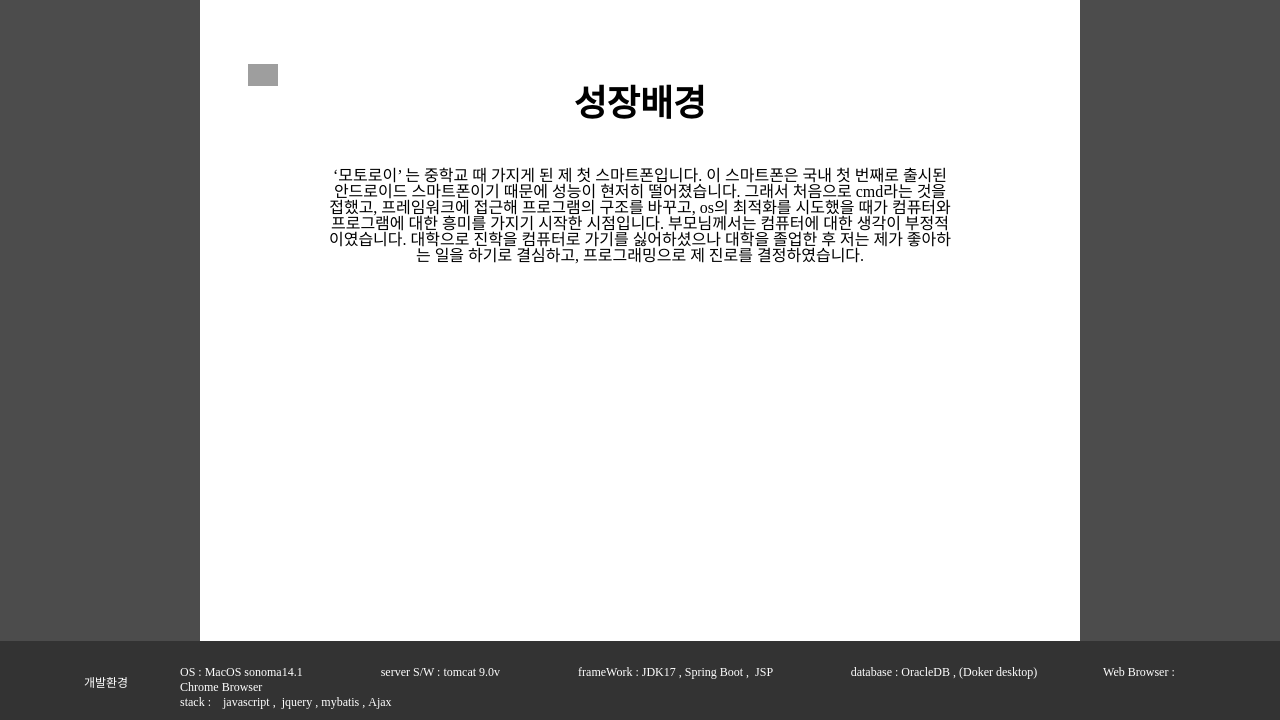
Repository: LeeHaNeul96/Leehaneul
Page: http://localhost/com.introduce/WEB-INF/views/more2.jsp
The author's editor kept a copy of each file at every save. The page is drawn from the files as they stood at one save, then again after the next save.
The browser window is 1280 px wide. The pictures show the whole page.
Pictures or frames that could not be fetched are drawn as grey boxes. The page is served by Tomcat 9. Nobody is signed in. The template is opened directly, without the code that normally fills it, so the values that code supplies are empty.

Above is the page before, as saved 2023-10-31 10:19:28.
Console error: ReferenceError: $h2Elements is not defined

### com.introduce/src/main/webapp/WEB-INF/views/more2.jsp
<%@ page language="java" contentType="text/html; charset=UTF-8"
    pageEncoding="UTF-8"%>
<!DOCTYPE html>
<html>
<head>
<meta charset="UTF-8">
<title>Insert title here</title>
<script src="https://code.jquery.com/jquery-3.6.0.min.js"></script>

<style type="text/css">
.footer {
	text-align: center;
	padding: 2em 0;
	background-color: #333;
	color: #fff;
	position: fixed;
	bottom: 0;
	left: 0; /* 왼쪽 위치를 0으로 설정합니다. */
	height: 15px;
	width: 100%;
	margin: 0; /* 마진을 0으로 설정합니다. */
}

.footer-dev {
	font-size: 12px;
	text-align: left;
	padding-left: 7em;
}

.footer-content {
	position: absolute; /* 절대 위치 설정 */
	top: 1em; /* 위쪽으로 1em 이동 */
	padding: 1em 8em; /* 양 옆 여백을 설정합니다. */
	height: 200px;
}

.container{
margin-top: 3em;
margin-bottom: 10em;

text-align: center;


}
.left-margin {
 background-color: rgba(0, 0, 0, 0.7); /* 알파 값을 조절하여 투명도 설정 */

    height: 100%;
    width: 200px; /* 원하는 너비로 조절하세요. */
    position: fixed;
    top: 0;
    left: 0;
    z-index: -1;
}

/* 오른쪽 여백 스타일 */
.right-margin {
 background-color: rgba(0, 0, 0, 0.7); /* 알파 값을 조절하여 투명도 설정 */
    height: 100%;
    width: 200px; /* 원하는 너비로 조절하세요. */
    position: fixed;
    top: 0;
    right: 0;
    z-index: -1;
}

h1 {
    font-size: 36px; /* 예를 들어, 원하는 크기로 설정 */
    transition: font-size 1s; /* 글씨 크기 변경에 애니메이션 적용 (선택사항) */
}
h2{
margin-top: 0;

}

.content{
text-align: center;
margin-right: 20em;
margin-left: 20em;
line-height: 1;
}
</style>
</head>
<body>
<script>
$(function() {
    // 모든 h2 태그를 선택하여 배열로 저장합니다.
    var $h1Elements = $("h1");

    // 초기에 모든 h2 태그의 크기를 설정합니다.
    $h1Elements.css("font-size", "36px");

    // 1초(1000 밀리초)마다 h2 태그 배열을 순회하면서 글꼴 크기를 작게 설정합니다.
    var index = 0;
    var interval = setInterval(function() {
        if (index < $h2Elements.length) {
            $h2Elements.eq(index).css("font-size", "25px");
            index++;
        } else {
            clearInterval(interval); // 모든 h2 태그를 처리하면 setInterval을 멈춥니다.
        }
    }, 20); // 1초마다 실행
});
</script>


<div class="left-margin"></div>
<div class="right-margin"></div>

<a href="/main/view"><img style="width:30px; text-align:left; margin-left:15em; margin-top: 3em; margin-bottom: -4em;" alt="" src="/images/free-icon-go-back-left-arrow-61022.png"></a>
<div class="container">
<h1> 성장배경 </h1><br>
<div class="content">
‘모토로이’ 는 중학교 때 가지게 된 제 첫 스마트폰입니다. 이 스마트폰은 국내 첫 번째로 출시된 안드로이드 스마트폰이기 때문에 성능이 현저히 떨어졌습니다. 그래서 처음으로 cmd라는 것을 접했고, 프레임워크에 접근해 프로그램의 구조를 바꾸고, os의 최적화를 시도했을 때가 컴퓨터와 프로그램에 대한 흥미를 가지기 시작한 시점입니다.
부모님께서는 컴퓨터에 대한 생각이 부정적이였습니다. 대학으로 진학을 컴퓨터로 가기를 싫어하셨으나 대학을 졸업한 후 저는 제가 좋아하는 일을 하기로 결심하고, 프로그래밍으로 제 진로를 결정하였습니다.
</div>
</div>



	<div class="footer">
		<div class="footer-dev">
			개발환경
			<div class="footer-content">
				OS : MacOS sonoma14.1
				&nbsp;&nbsp;&nbsp;&nbsp;&nbsp;&nbsp;&nbsp;&nbsp;&nbsp;&nbsp;&nbsp;&nbsp;&nbsp;&nbsp;&nbsp;&nbsp;&nbsp;&nbsp;&nbsp;&nbsp;&nbsp;&nbsp;&nbsp;&nbsp;
				server S/W : tomcat
				9.0v&nbsp;&nbsp;&nbsp;&nbsp;&nbsp;&nbsp;&nbsp;&nbsp;&nbsp;&nbsp;&nbsp;&nbsp;
				&nbsp;&nbsp;&nbsp;&nbsp;&nbsp;&nbsp;&nbsp;&nbsp;&nbsp;&nbsp;&nbsp;&nbsp;
				frameWork : JDK17&nbsp;,&nbsp;Spring Boot&nbsp;, &nbsp;JSP
				&nbsp;&nbsp;&nbsp;&nbsp;&nbsp;&nbsp;&nbsp;&nbsp;&nbsp;&nbsp;&nbsp;&nbsp;&nbsp;&nbsp;&nbsp;&nbsp;&nbsp;&nbsp;&nbsp;&nbsp;&nbsp;&nbsp;&nbsp;&nbsp;
				database : OracleDB&nbsp;,&nbsp;(Doker desktop)
				&nbsp;&nbsp;&nbsp;&nbsp;&nbsp;&nbsp;&nbsp;&nbsp;&nbsp;&nbsp;&nbsp;&nbsp;&nbsp;&nbsp;&nbsp;&nbsp;&nbsp;&nbsp;&nbsp;&nbsp;
				Web Browser : Chrome Browser<br> stack :&nbsp;&nbsp;&nbsp;
				javascript&nbsp;,&nbsp; jquery&nbsp;,&nbsp;mybatis&nbsp;,&nbsp;Ajax
			</div>
		</div>
	</div>
</body>
</html>

After the next save:
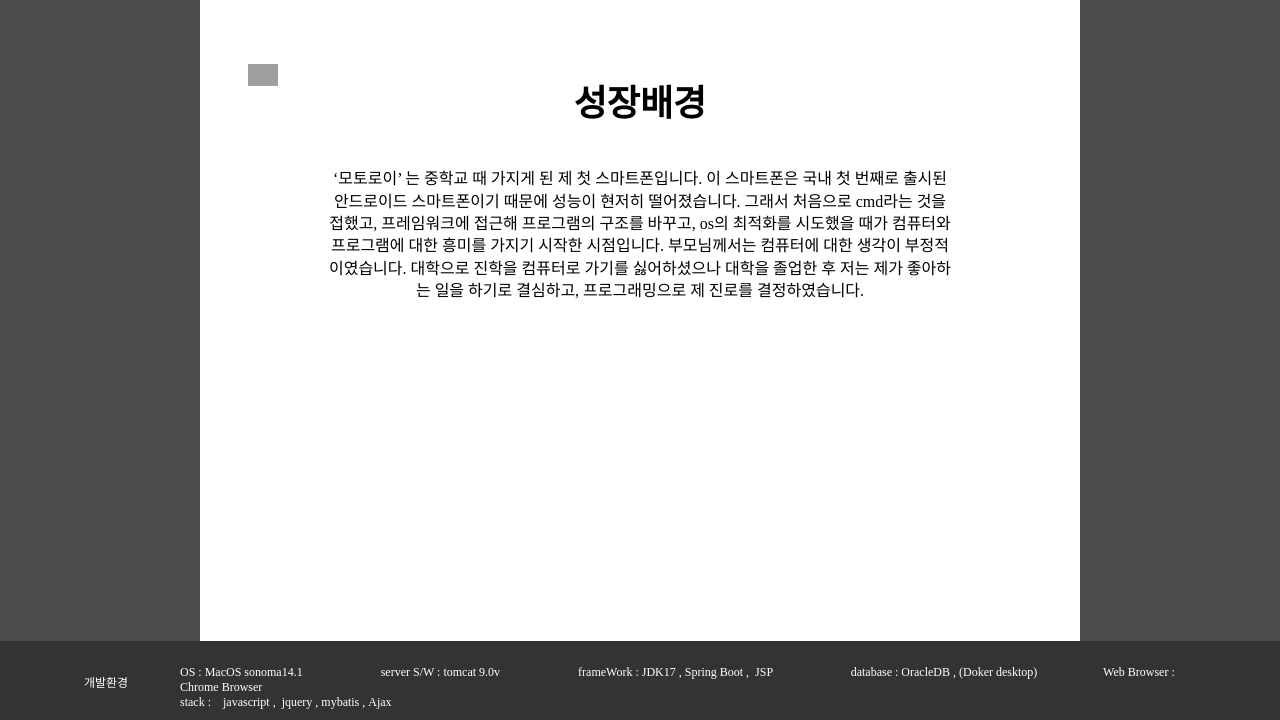
Saved 11 s later.
--- a/com.introduce/src/main/webapp/WEB-INF/views/more2.jsp
+++ b/com.introduce/src/main/webapp/WEB-INF/views/more2.jsp
@@ -77,7 +77,7 @@ margin-top: 0;
 text-align: center;
 margin-right: 20em;
 margin-left: 20em;
-line-height: 1;
+line-height: 1.4;
 }
 </style>
 </head>
